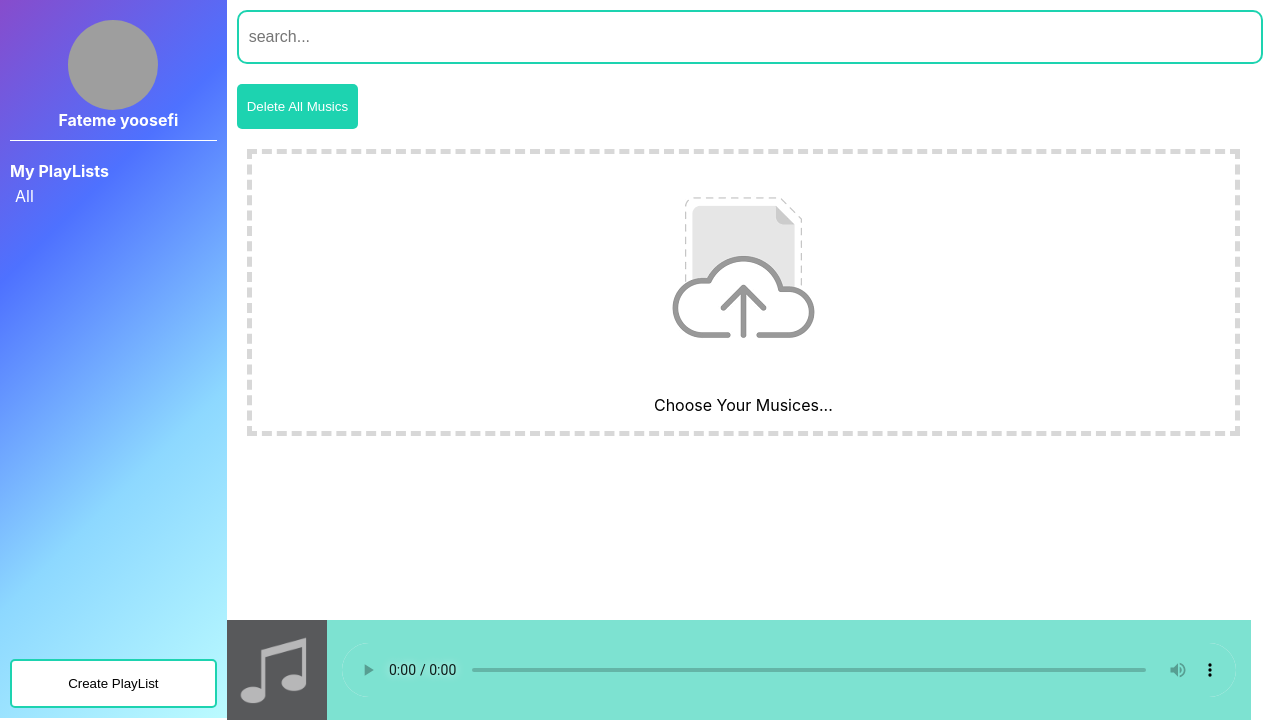
Repository: fateme81yosefi/musicPlayer
Page: /
These files come from the project's save history. The page is drawn as it stood at one moment and after a run of saves; the edit follows.
The browser window is 1280 px wide. The pictures show the whole page.
Pictures or frames that could not be fetched are drawn as grey boxes. The project was rebuilt for these pictures with package versions that can differ from the ones it lists, and the page was loaded fresh each time.

Above is the page before, as saved 2025-06-28 13:45:47.

### src/App.js
import React from 'react';
import FileUploader from './Data/FileUploader/FileUploader';
import MainPage from './Components/MainPage/MainPage';


const App = () => {



  return (
    <div>
      <MainPage />
    </div>
  );
}

export default App;

### src/Data/FileUploader/FileUploader.js
import React, { useState, useEffect } from 'react';
import { useDropzone } from 'react-dropzone';
import { openDB } from 'idb';
import "./FileUploader.css";

const DB_NAME = 'AudioFilesDB';
const DB_VERSION = 1;
const STORE_NAME = 'audioFiles';

const initDB = async () => {
    const db = await openDB(DB_NAME, DB_VERSION, {
        upgrade(db) {
            if (!db.objectStoreNames.contains(STORE_NAME)) {
                const store = db.createObjectStore(STORE_NAME, { keyPath: 'name' });
                store.createIndex('category', 'category');
                store.createIndex('isFav', 'isFav');
            }
        }
    });
    return db;
};

const getStoredFiles = async (db) => {
    const tx = db.transaction(STORE_NAME, 'readonly');
    const store = tx.objectStore(STORE_NAME);
    return await store.getAll();
};

const storeFile = async (db, file) => {
    const tx = db.transaction(STORE_NAME, 'readwrite');
    const store = tx.objectStore(STORE_NAME);
    await store.put(file);
    await tx.done;
};


const FileUploader = ({ handlePlay, query, selectedCategory }) => {
    const [audioFiles, setAudioFiles] = useState([]);
    const [categories, setCategories] = useState([]);
    const [currentCategory, setCurrentCategory] = useState('All');


    const deleteAllFiles = async () => {
        const db = await initDB();
        const tx = db.transaction(STORE_NAME, 'readwrite');
        const store = tx.objectStore(STORE_NAME);
        await store.clear();
        await tx.done;
        window.location.reload()
    };

    useEffect(() => {
        const storedCategories = JSON.parse(localStorage.getItem('categories'));
        if (storedCategories) {
            setCategories(storedCategories);
        }
    }, []);


    useEffect(() => {
        setCurrentCategory(selectedCategory)
    }, [selectedCategory])


    useEffect(() => {
        if (query !== "") {
            setAudioFiles(audioFiles.filter((item) => item.name.toLowerCase().includes(query.toLowerCase())));
        } else {
            const fetchStoredFiles = async () => {
                const db = await initDB();
                const storedFiles = await getStoredFiles(db);
                setAudioFiles(storedFiles.map(file => ({
                    ...file,
                    data: URL.createObjectURL(new Blob([file.data], { type: file.type }))
                })));
            };

            fetchStoredFiles();
        }
    }, [query]);

    useEffect(() => {
        const fetchStoredFiles = async () => {
            const db = await initDB();
            const storedFiles = await getStoredFiles(db);
            setAudioFiles(storedFiles.map(file => ({
                ...file,
                data: URL.createObjectURL(new Blob([file.data], { type: file.type }))
            })));
        };

        fetchStoredFiles();
    }, []);

    const onDrop = async (acceptedFiles) => {
        const mp3Files = acceptedFiles.filter((file) => file.name.endsWith('.mp3'));

        const db = await initDB();

        for (const file of mp3Files) {
            const fileData = await file.arrayBuffer();
            await storeFile(db, { name: file.name, type: file.type, data: fileData, category: '' });
        }

        const storedFiles = await getStoredFiles(db);
        setAudioFiles(storedFiles.map(file => ({
            ...file,
            data: URL.createObjectURL(new Blob([file.data], { type: file.type }))
        })));
    };

    const handleCategoryChange = async (file, category) => {
        const updatedFile = { ...file, category };

        const db = await initDB();
        await storeFile(db, updatedFile);

        const storedFiles = await getStoredFiles(db);
        setAudioFiles(storedFiles.map(f => ({
            ...f,
            data: URL.createObjectURL(new Blob([f.data], { type: f.type }))
        })));
    };

    const { getRootProps, getInputProps } = useDropzone({ onDrop });

    return (
        <div className='containSingle'>

            <button className='deleteAll' onClick={deleteAllFiles}>Delete All Musics</button>
            {audioFiles
                .filter(file => currentCategory === "All" || file.category === currentCategory)
                .map((file, index) => (
                    <div className='singleSelectedAudio' key={index}>
                        <div className='row'>
                            <div className='containDetails'>
                                <img className='cover' alt="cover" src='/song_cover.png' />
                                <span className='name'>{file.name}</span>
                            </div>
                            <div className='row'>
                                <select
                                    value={file.category}
                                    onChange={(e) => handleCategoryChange(file, e.target.value)}
                                >
                                    <option value="">Select Category</option>
                                    {categories.map((category, index) => (
                                        <option key={index} value={category}>{category}</option>
                                    ))}
                                </select>
                                <button className='btnPlay' onClick={() => handlePlay(file)}>
                                    <img className='play' alt='icon' src='/play-button.svg' />
                                </button>
                            </div>
                        </div>
                        <audio className='selectedAudio' src={file.data} key={index} controls />
                    </div>
                ))}


            <div {...getRootProps()}>
                <input {...getInputProps()} />
                <div className='chooseFile'>
                    <img alt='drag file' src='/images.png' />
                    <p> Choose Your Musices...</p>
                </div>
            </div>
        </div>
    );
};

export default FileUploader;

### src/Components/MainPage/MainPage.js
import React, { useState, useEffect } from 'react';
import Modal from 'react-modal';
import FileUploader from "../../Data/FileUploader/FileUploader";
import "./MainPage.css";

const MainPage = () => {
    const [category, setCategory] = useState('');
    const [categories, setCategories] = useState([]);
    const [currentMusic, setCurrentMusic] = useState({});
    const [showModal, setShowModal] = useState(false);
    const [searchQuery, setSearchQuery] = useState('');
    const [selectedCategory, setSelectedCategory] = useState('');


    useEffect(() => {
        const storedCategories = JSON.parse(localStorage.getItem('categories'));
        if (storedCategories) {
            setCategories(storedCategories);
        }
    }, []);

    const handleAddCategory = () => {
        if (category) {
            const updatedCategories = [...categories, category];
            setCategories(updatedCategories);
            setCategory('');
            localStorage.setItem('categories', JSON.stringify(updatedCategories));
            setShowModal(false)
        }
    };

    const handlePlay = (file) => {
        setCurrentMusic(file);
    };


    return (
        <div className="container">
            <Modal
                isOpen={showModal}
                contentLabel="Create Playlist"
                className="modalCategory"
            >
                <h2>Create Playlist</h2>
                <input
                    type="text"
                    value={category}
                    placeholder='Enter Your Playlist Name'
                    onChange={(e) => setCategory(e.target.value)}
                />
                <button onClick={handleAddCategory}>Confirm</button>
            </Modal>

            <div className="leftMenue">
                <div className="top">
                    <div className="imageProfile">
                        <img src="https://encrypted-tbn0.gstatic.com/images?q=tbn:ANd9GcRXJA32WU4rBpx7maglqeEtt3ot1tPIRWptxA&s" alt="Profile" />
                        <div className="name">Fateme yoosefi</div>
                    </div>
                    <div className="categories">
                        <div className='playlist'>My PlayLists</div>
                        <div className='category' onClick={() => { setSelectedCategory('') }}>All</div>
                        {
                            categories.map((item, index) => <div key={index} className='category' onClick={() => { setSelectedCategory(item) }}>{item}</div>)
                        }
                    </div>
                </div>
                <button className='create' onClick={() => setShowModal(true)}>Create PlayList</button>
            </div>
            <div className="rightPage">
                <input className='inputSearch' placeholder="search..." onChange={(e) => setSearchQuery(e.target.value)}
                />
                <FileUploader handlePlay={handlePlay} query={searchQuery} selectedCategory={selectedCategory} />
                <div className="currentlyPlay">
                    <img src="/song_cover.png" alt="کاور آهنگ" />
                    <div className="containName">
                        <span className="musicName">{currentMusic.name}</span>
                        <audio id="player" src={currentMusic.data} controls ></audio>
                    </div>
                </div>
                <div>
                </div>
            </div>
        </div>
    )
};

export default MainPage;

### src/Data/FileUploader/FileUploader.css
.chooseFile{
    border: 5px dashed rgb(216, 216, 216);
    display: flex;
    flex-direction: column;
    align-items: center;
    justify-content: space-around;
    margin: 10px;
    margin-bottom: 100px;
}
.selectedAudio::-webkit-media-controls-panel{
    background-color: rgb(211, 211, 211);
    border: none;
}
.selectedAudio{
    border-radius: 0;
    background-color:  rgb(211, 211, 211);
    padding: 20px;
    width: 100% !important;
    display: none;
}
.singleSelectedAudio{
    background-color:  rgb(255, 255, 255);
    border-bottom: 1px solid rgb(238, 238, 238);
}
.row{
    display: flex;
    flex-direction: row;
    justify-content: space-between;
}

.cover{
   width: 40px;
   height: 40px;
}
.containDetails{
    display: flex;
    flex-direction: row;
    align-items: center;
    justify-content: center;
}

.containSingle{
    padding: 10px;
}
.name{
    margin-left: 10px;
}
.play{
    width: 30px;
    height:30px;
}
.btnPlay{
    background-color: transparent;
    border: none;
}

.deleteAll{
    background-color: #1dd3b0;
    margin-bottom: 10px;
    padding: 15px 10px;
    border-radius: 5px;
    border: none;
    color: #ffff;

}
select{
    background-color: #1dd3b0;
    padding: 10px;
    border: none;
    color: white;
}

### src/Components/MainPage/MainPage.css
.container {
  display: flex;
  flex-direction: row;
  background-color: #ffffff;
}
.leftMenue {
  background: linear-gradient(
    135deg,
    #874CCC 0%,
    #4e71ff 30%,
    #8dd8ff 65%,
    #bbfbff 100%
  );
  width: 20%;
  height: 97vh;
  display: flex;
  flex-direction: column;
  justify-content: space-between;
  padding: 10px;
}
.imageProfile {
  display: flex;
  flex-direction: column;
  align-items: center;
  border-bottom: 1px solid white;
  padding: 10px;
  color: #ffffff;
  font-weight: bold;
  justify-content: space-between;
}

.imageProfile img {
  border-radius: 100%;
  width: 90px;
  height: 90px;
}
.playlist {
  font-size: medium;
  color: #ffffff;
  font-weight: bold;
  margin-top: 20px;
}
.rightPage {
  width: 100%;
  height: 100vh;
  position: relative;
  padding: 0 20px 0 0;
  padding-left: 0;
}
.rightPage input {
  width: 97%;
  height: 40px;
  font-size: medium;
}
.currentlyPlay {
  display: flex;
  flex-direction: row;
  align-items: center;
  background-color: #7de2d1;
  height: 100px;
  bottom: 0;
  position: fixed;
  width: 80%;
}
.currentlyPlay img {
  width: 100px;
  height: 100px;
}
.containName {
  width: 100%;
  padding: 15px;
}
.musicName {
  font-weight: bold;
}
audio {
  width: 100%;
  display: flex;
  flex-direction: column;
  border: none;
}

audio::-webkit-media-controls-panel {
  background-color: #7de2d1;
  border: none;
}
.rightPage {
  overflow: scroll;
}
.modalCategory {
  position: fixed;
  background-color: #7de2d1;
  top: 50%;
  left: 50%;
  transform: translate(-50%, -50%);
  width: 30%;
  display: flex;
  flex-direction: column;
  align-items: center;
  justify-content: center;
  color: white;
}
.modalCategory input {
  padding: 10px;
  margin-bottom: 10px;
  width: 80%;
}
.modalCategory button {
  background-color: #1dd3b0;
  margin-bottom: 10px;
  padding: 15px 10px;
  border-radius: 5px;
  border: none;
  color: #ffff;
}

.category {
  font-size: medium;
  color: #ffffff;
  margin-left: 5px;
  margin: 5px;
}

.inputSearch {
  margin: 10px;
  border: 2px solid #1dd3b0;
  padding: 5px 10px;
  border-radius: 10px;
}

.create {
  border: 2px solid #1dd3b0;
  padding: 15px 10px;
  border-radius: 5px;
  background-color: white;
}
h3,
h4 {
  color: white;
}

Loaded but not shown: public/index.html (common file); src/index.js (common file); src/index.css (common file); src/reportWebVitals.js (common file)

After the next 2 saves:
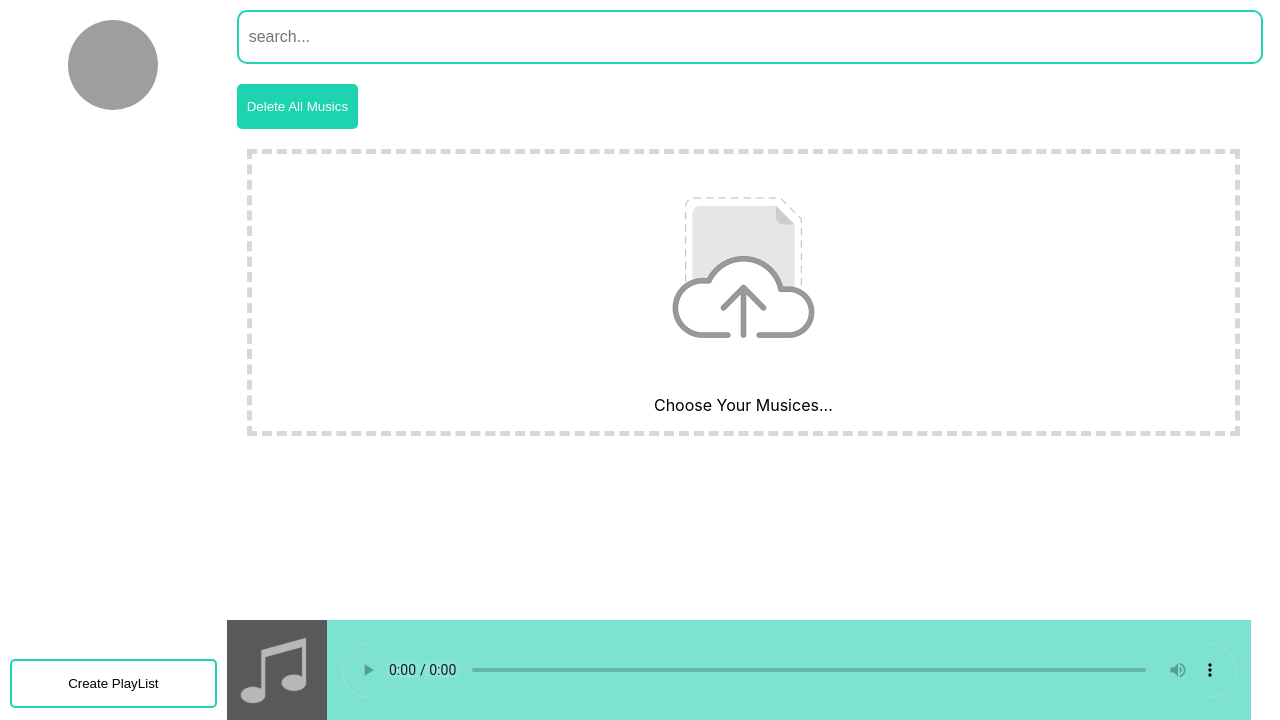
The 2 saves are shown as one change because they came seconds apart.
The last was saved 10 s later.
--- a/src/Components/MainPage/MainPage.css
+++ b/src/Components/MainPage/MainPage.css
@@ -7,9 +7,8 @@
   background: linear-gradient(
     135deg,
     #874CCC 0%,
-    #4e71ff 30%,
-    #8dd8ff 65%,
-    #bbfbff 100%
+    #C65BCF 30%,
+
   );
   width: 20%;
   height: 97vh;
